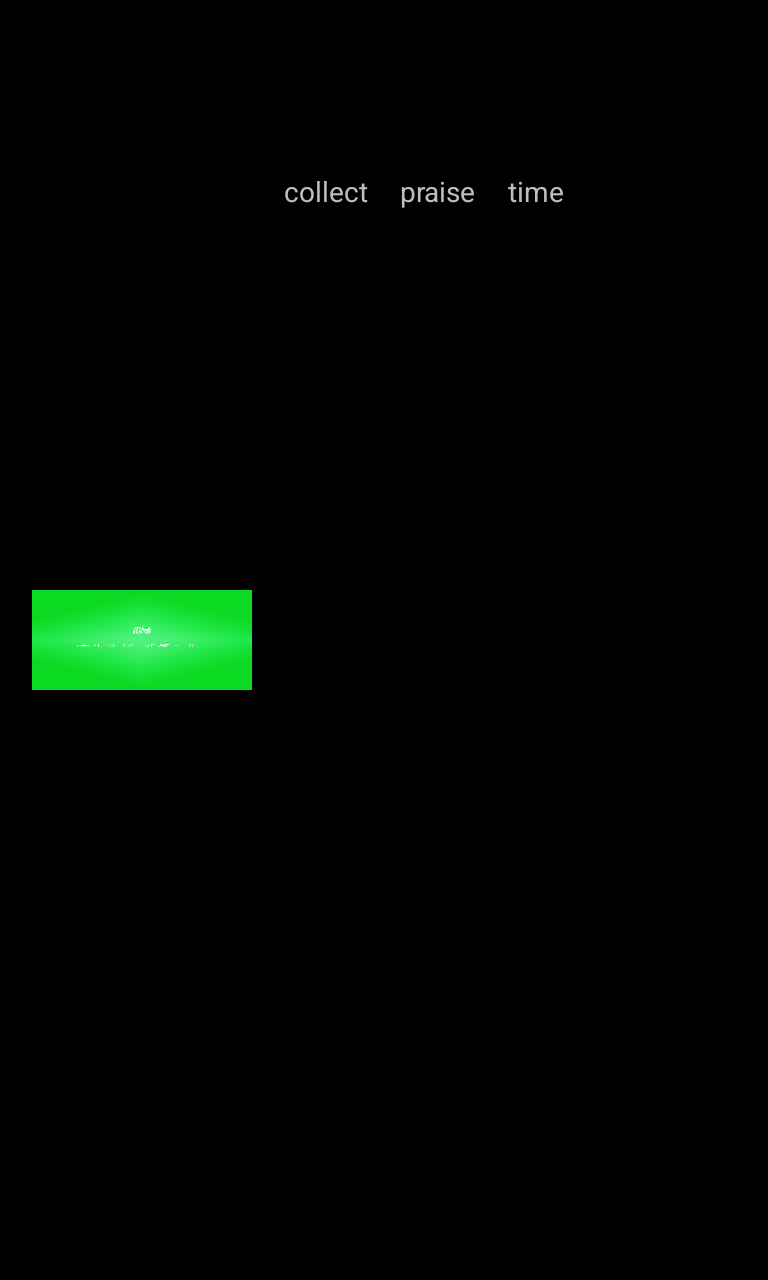
Repository: duyuan199010/atangge
Layout: yssl/res/layout/item_content_list.xml
These files come from the project's save history. The layout is drawn as it stood at one moment and after the next save; the edit follows.
It is drawn on a 768 x 1280 px phone screen (xhdpi) without system bars, with theme android:Theme.Black.NoTitleBar; the app's code is not run.

Above is the layout before, as saved 2015-08-15 04:48:10.

After the next save:
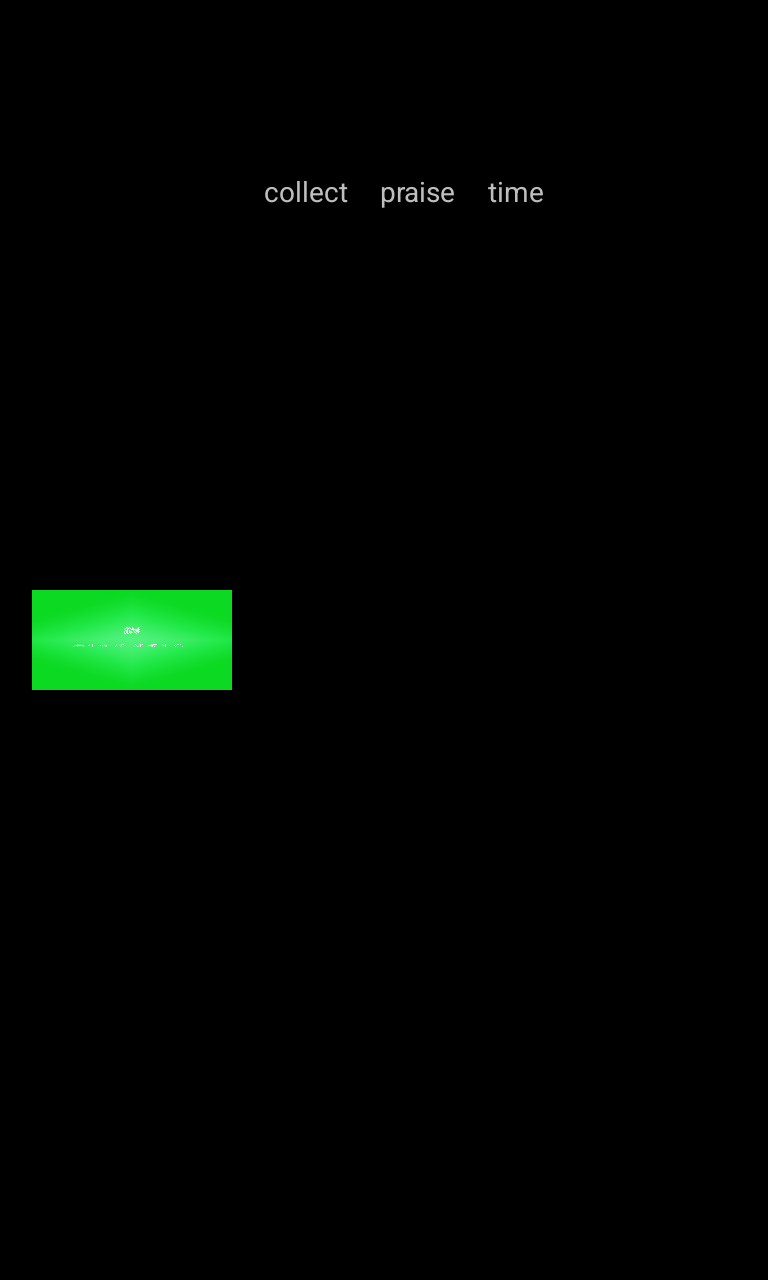
Saved 12 s later.
--- a/yssl/res/layout/item_content_list.xml
+++ b/yssl/res/layout/item_content_list.xml
@@ -5,7 +5,7 @@
 
     <ImageView
         android:id="@+id/content_img"
-        android:layout_width="110dp"
+        android:layout_width="100dp"
         android:layout_height="50dp"
         android:layout_alignParentLeft="true"
         android:layout_centerVertical="true"
